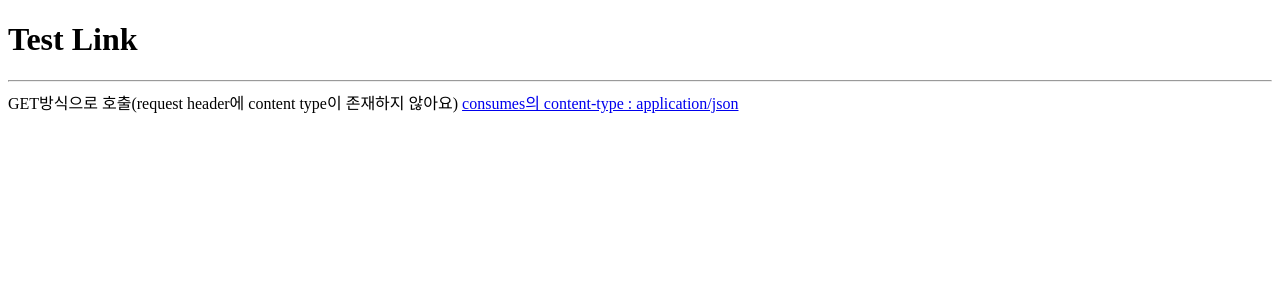
Repository: shashak23/spring_workspace
Page: springweb/src/main/webapp/resources/sample08/requestMappingConsumesTest.html
These files come from the project's save history. The page is drawn as it stood at one moment and after the next save; the edit follows.
The browser window is 1280 px wide. The pictures show the whole page.

Above is the page before, as saved 2023-03-02 00:21:03.

After the next save:
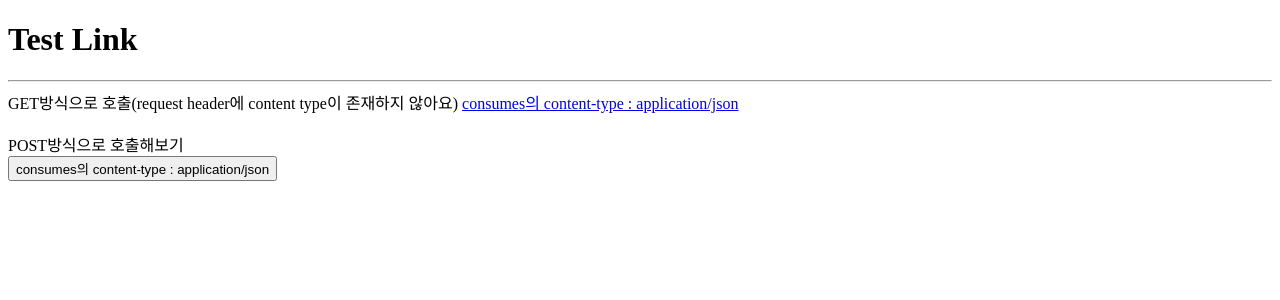
Saved 6 min 58 s later.
--- a/springweb/src/main/webapp/resources/sample08/requestMappingConsumesTest.html
+++ b/springweb/src/main/webapp/resources/sample08/requestMappingConsumesTest.html
@@ -9,5 +9,10 @@
 	<hr>
 	GET방식으로 호출(request header에 content type이 존재하지 않아요)
 	<a href="/springweb/testController1">consumes의 content-type : application/json</a>
+	<br><br>
+	POST방식으로 호출해보기
+	<form action="/springweb/testController2" method="post">
+		<input type="submit" value="consumes의 content-type : application/json">
+	</form>
 </body>
 </html>
